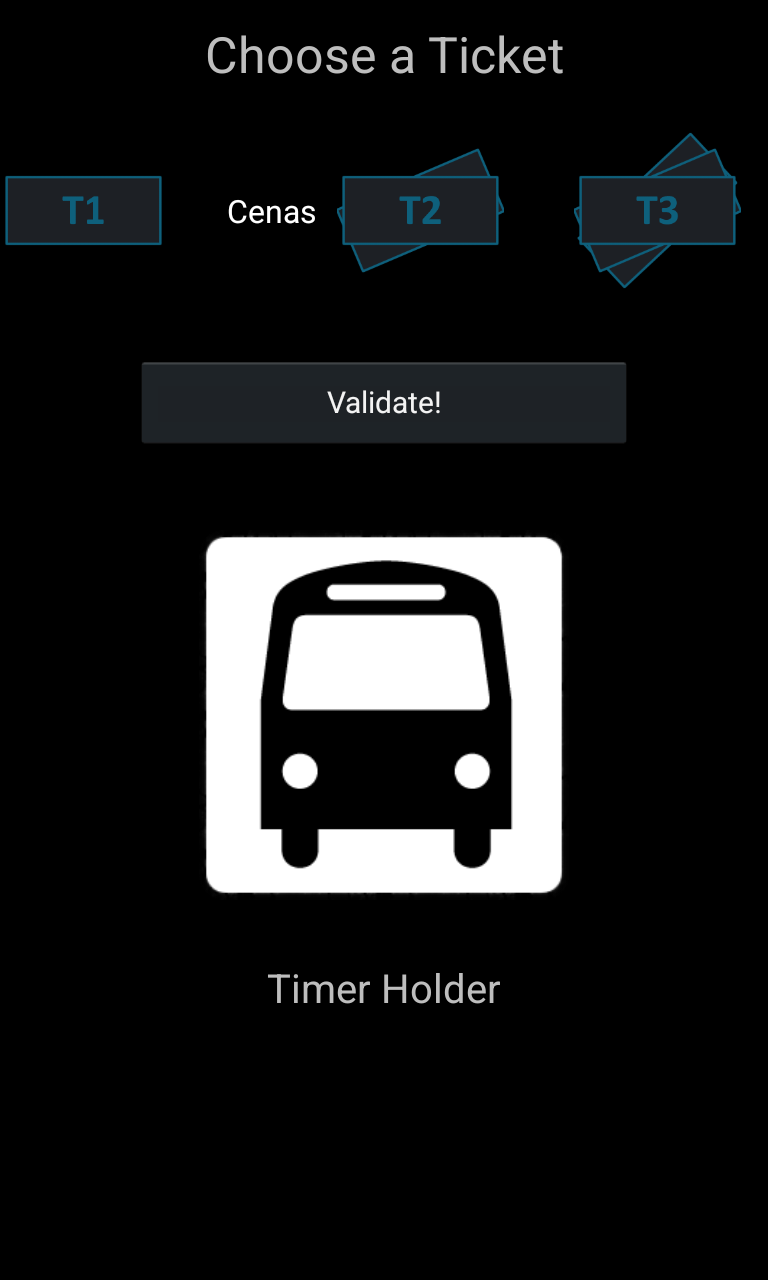
Repository: Nelspike/BusTicketer
Layout: PassengerMode/res/layout/fragment_show_tickets.xml
These files come from the project's save history. The layout is drawn as it stood at one moment and after the next save; the edit follows.
It is drawn on a 768 x 1280 px phone screen (xhdpi) without system bars, with theme AppTheme; the app's code is not run.

Above is the layout before, as saved 2013-10-19 20:37:26.

### PassengerMode/res/layout/fragment_show_tickets.xml
<FrameLayout xmlns:android="http://schemas.android.com/apk/res/android"
    xmlns:tools="http://schemas.android.com/tools"
    android:layout_width="match_parent"
    android:layout_height="match_parent"
    tools:context=".ShowTicketsFragment" >

    <LinearLayout
        android:layout_width="match_parent"
        android:layout_height="wrap_content"
        android:orientation="vertical"
        android:paddingTop="10dp">

	    <TextView
	        android:layout_width="match_parent"
	        android:layout_height="wrap_content"
	        android:text="@string/show_tickets_title"
	        android:textSize="25sp"
	        android:gravity="center"/>

		<RadioGroup
		    android:id="@+id/ticket_radio"
		    android:layout_width="match_parent"
		    android:layout_height="wrap_content"
		    android:gravity="center"
		    android:orientation="horizontal"
		    android:paddingTop="20dp"
		    android:paddingBottom="30dp" >

			<RadioButton
			    android:id="@+id/t1_radio"
				android:button="@drawable/t1_selector"
				android:layout_width="wrap_content"
				android:layout_height="wrap_content"
				android:paddingRight="10dp"
		        android:paddingLeft="30dp"
		        android:text="Cenas"/>

			<RadioButton
			    android:id="@+id/t2_radio"
				android:button="@drawable/t2_selector"
				android:layout_width="wrap_content"
				android:layout_height="wrap_content"
		        android:paddingLeft="35dp"/>

			<RadioButton
			    android:id="@+id/t3_radio"
				android:button="@drawable/t3_selector"
				android:layout_width="wrap_content"
				android:layout_height="wrap_content"
		        android:paddingLeft="20dp"/>

		</RadioGroup>

		<Button
		    android:id="@+id/t1_ticket_validate"
		    android:layout_width="250dp"
		    android:layout_height="wrap_content"
		    android:layout_gravity="center"
		    android:text="@string/validate_ticket"
		    android:textSize="15sp" />

		<ImageView
		    android:id="@+id/qr_code_holder"
		    android:contentDescription="@string/description"
		    android:layout_width="450px"
		    android:layout_height="450px"
		    android:src="@drawable/bus"
		    android:layout_gravity="center"
		    android:paddingTop="40dp"/>

		<TextView
		    android:id="@+id/ticket_timer"
		    android:layout_width="match_parent"
		    android:layout_height="wrap_content"
		    android:gravity="center"
		    android:text="Timer Holder"
		    android:textSize="20sp"
		    android:paddingTop="30dp"/>

    </LinearLayout>




</FrameLayout>

### PassengerMode/res/values/styles.xml
<resources>

    <!--
        Base application theme, dependent on API level. This theme is replaced
        by AppBaseTheme from res/values-vXX/styles.xml on newer devices.
    -->
    <style name="AppBaseTheme" parent="android:Theme.Holo">
        <!--
            Theme customizations available in newer API levels can go in
            res/values-vXX/styles.xml, while customizations related to
            backward-compatibility can go here.
        -->
    </style>

    <!-- Application theme. -->
    <style name="AppTheme" parent="android:Theme.Holo">
        <!-- All customizations that are NOT specific to a particular API-level can go here. -->
    </style>

</resources>

### PassengerMode/res/values/strings.xml
<?xml version="1.0" encoding="utf-8"?>
<resources>

    <string name="app_name">Passenger Mode</string>
    <string name="action_settings">Settings</string>
    <string name="hello_world">Hello world!</string>
    <string name="welcome_string">Welcome to Bus Ticketer!</string>
    <string name="splash_screen_description">Splash Screen Logo</string>
    <string name="splash_screen_terms">Lorem ipsum dolor sit amet, consectetur adipiscing elit. In porta cursus lacus ut porta. Ut luctus et urna eu malesuada. Donec magna diam, mollis molestie est eu, bibendum semper quam. Curabitur rhoncus iaculis nisi ut luctus. Pellentesque habitant morbi tristique senectus et netus et malesuada fames ac turpis egestas. Ut luctus gravida massa, a posuere nunc sagittis ac. Maecenas porta nisi sed interdum varius. Nunc tincidunt turpis nec orci interdum sollicitudin in at nulla. Integer non lorem a elit elementum iaculis consectetur vel ipsum. Aenean sed eros laoreet, egestas lacus eu, accumsan risus. Aliquam consequat sagittis urna, quis accumsan felis malesuada sed.</string>
    <string name="splash_screen_name_label">Name:</string>
    <string name="splash_screen_card_label">CC No.:</string>
    <string name="splash_screen_register_button">Register it up!</string>
    <string name="title_activity_central">CentralActivity</string>
    <string name="hello_blank_fragment">Hello blank fragment</string>
    <string name="description">Generic Description</string>
    <string name="validate_ticket">Validate!</string>
    <string name="show_tickets_title">Choose a Ticket</string>

</resources>

### PassengerMode/res/drawable-xxhdpi/t1_selector.xml
<?xml version="1.0" encoding="utf-8"?>
<selector xmlns:android="http://schemas.android.com/apk/res/android" >
	<item android:state_checked="true" android:drawable="@drawable/selectedt1" />
	<item android:state_checked="false" android:drawable="@drawable/t1" />
</selector>

### PassengerMode/res/drawable-xxhdpi/t2_selector.xml
<?xml version="1.0" encoding="utf-8"?>
<selector xmlns:android="http://schemas.android.com/apk/res/android" >
	<item android:state_checked="true" android:drawable="@drawable/selectedt2" />
	<item android:state_checked="false" android:drawable="@drawable/t2" />
</selector>

### PassengerMode/res/drawable-xxhdpi/t3_selector.xml
<?xml version="1.0" encoding="utf-8"?>
<selector xmlns:android="http://schemas.android.com/apk/res/android" >
	<item android:state_checked="true" android:drawable="@drawable/selectedt3" />
	<item android:state_checked="false" android:drawable="@drawable/t3" />
</selector>

After the next save:
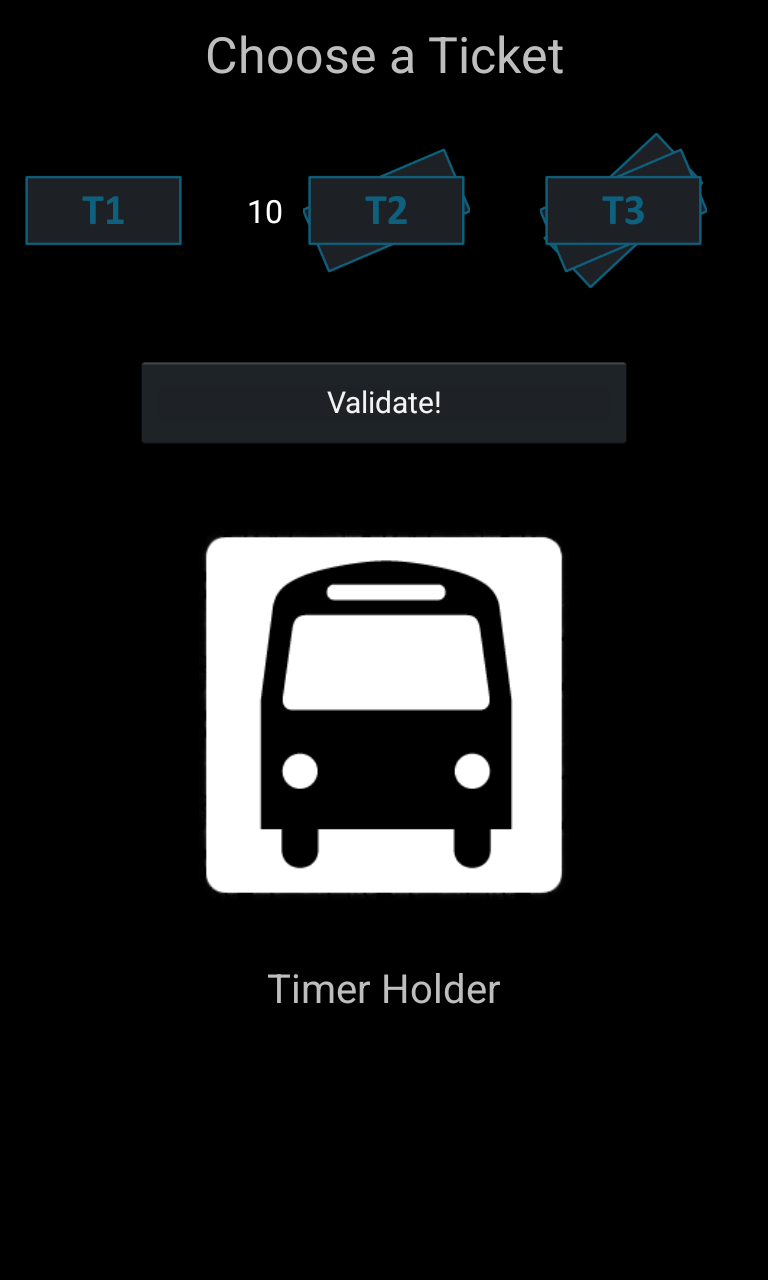
Saved 7 s later.
--- a/PassengerMode/res/layout/fragment_show_tickets.xml
+++ b/PassengerMode/res/layout/fragment_show_tickets.xml
@@ -33,7 +33,7 @@
 				android:layout_height="wrap_content"
 				android:paddingRight="10dp"
 		        android:paddingLeft="30dp"
-		        android:text="Cenas"/>
+		        android:text="10"/>
 
 			<RadioButton
 			    android:id="@+id/t2_radio"
